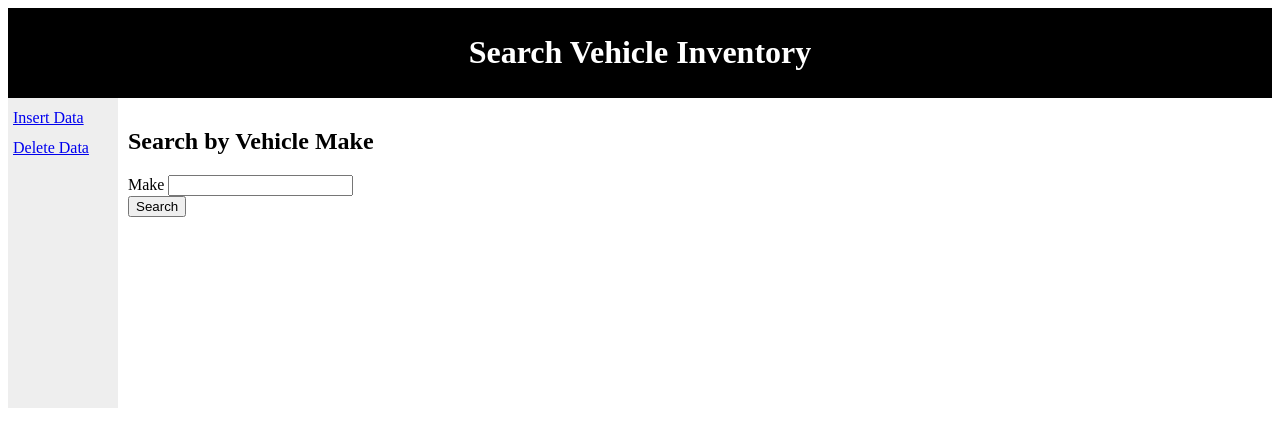
Repository: CamdenMurphy/workspace4830-intro-to-software-engineering
Page: techExercise/techExercise-Murphy/src/main/webapp/search_murphy.html
These files come from the project's save history. The page is drawn as it stood at one moment and after the next save; the edit follows.
The browser window is 1280 px wide. The pictures show the whole page.

Above is the page before, as saved 2023-10-12 05:50:33.

After the next save:
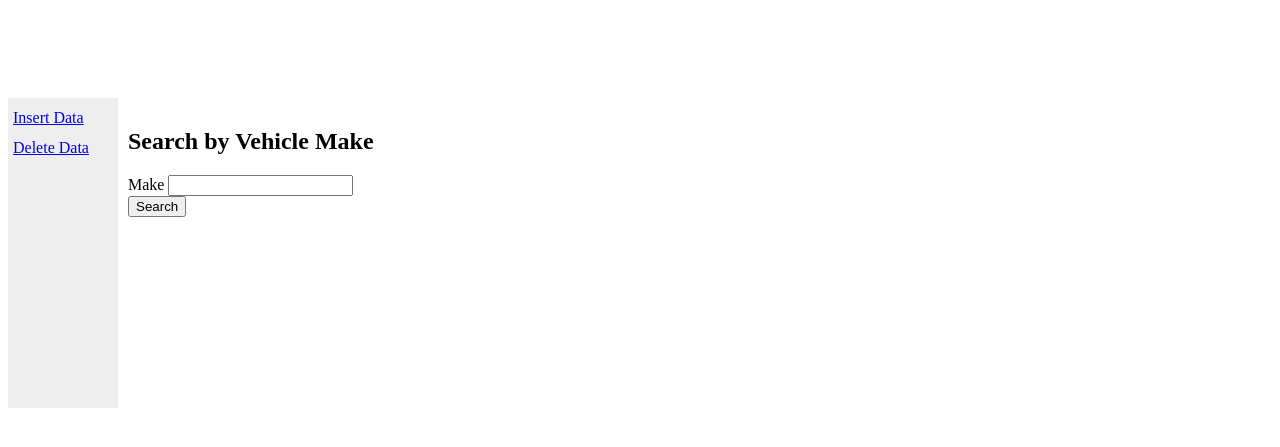
Saved 20 s later.
--- a/techExercise/techExercise-Murphy/src/main/webapp/search_murphy.html
+++ b/techExercise/techExercise-Murphy/src/main/webapp/search_murphy.html
@@ -2,7 +2,7 @@
 <head>
 <style>
 header {
-    background-color:black;
+    background-color:;
     color:white;
     text-align:center;
     padding:5px;
